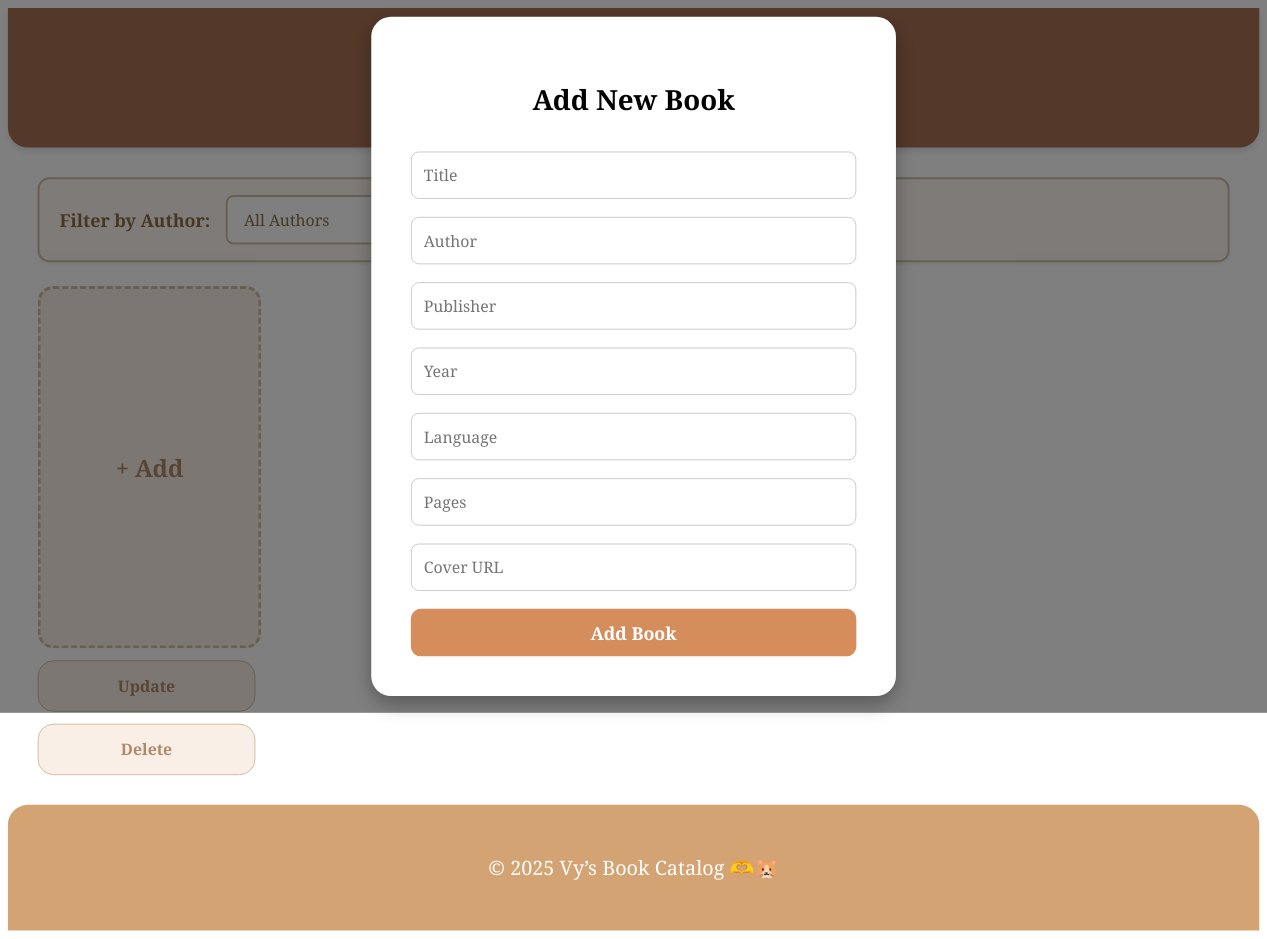
Repository: CucVyTrinh/book-catalog-v6
Page: /, after clicking the first element matching `div.add-button`
These files come from the project's save history. The page is drawn as it stood at one moment and after a run of saves; the edit follows.
The browser window is 1280 px wide. The pictures show the whole page, at 99% of full size.
The project was rebuilt for these pictures with package versions that can differ from the ones it lists, and the page was loaded fresh each time. Also part of the build but not shown: vite.config.js, src/index.css, src/components/Book.jsx, src/components/EditBookModal.jsx.

Above is the page before, as saved 2025-10-26 22:39:13.

After the next 2 saves:
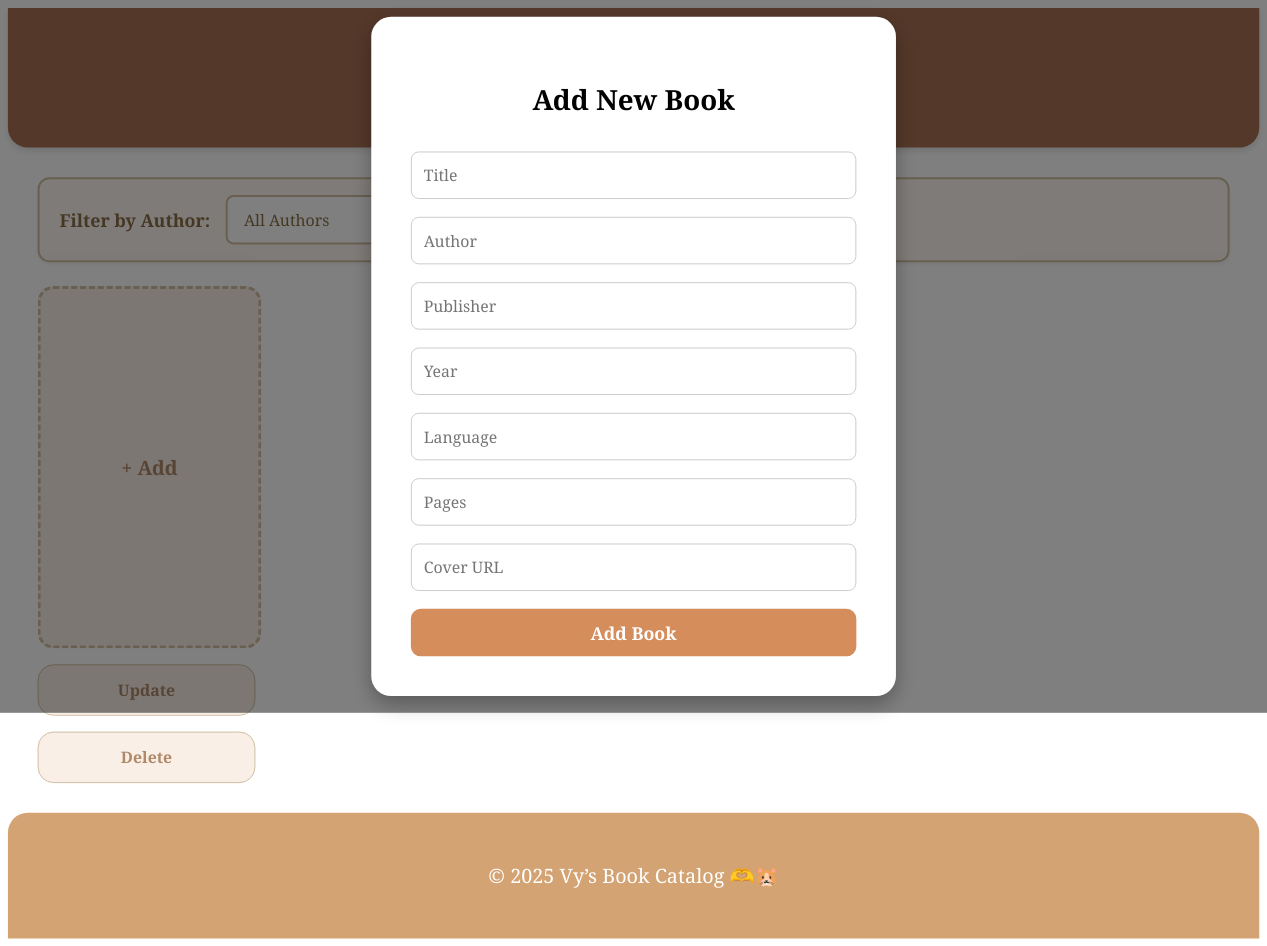
The 2 saves are shown as one change because they came seconds apart.
The last was saved 7 s later.
--- a/src/App.css
+++ b/src/App.css
@@ -79,7 +79,7 @@
     border: 3px dashed #d0bfa2;
     background: #f9efe7;
     color: #b08968;
-    font-size: 24px;
+    font-size: 20px;
     font-weight: bold;
     height: 360px;
     width: 220px;
@@ -98,7 +98,7 @@
 .left-column {
     display: flex;
     flex-direction: column;
-    gap: 12px;
+    gap: 16px;
     /* spacing between buttons */
     align-items: flex-start;
 }
